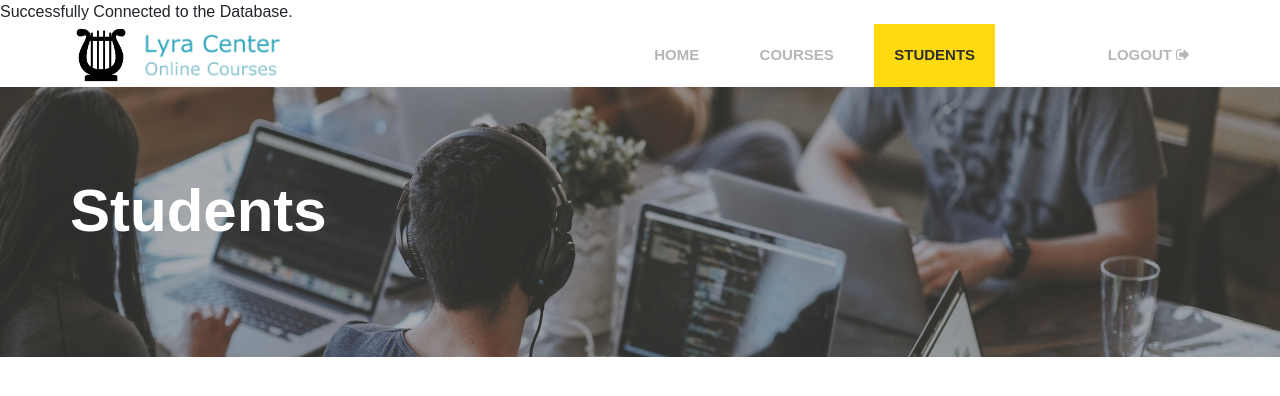
Repository: jersmaecrz/lyra-center
Page: http://localhost/aStudents.php
The author's editor kept a copy of each file at every save. The page is drawn from the files as they stood at one save, then again after the next save.
The browser window is 1280 px wide. The pictures show the whole page.
Some web fonts or font styles are not loaded; a fallback is used. The page is run by PHP 8.4 with error messages shown; the project is at /var/www/html/.

Above is the page before, as saved 2022-12-03 23:33:02.

After the next save:
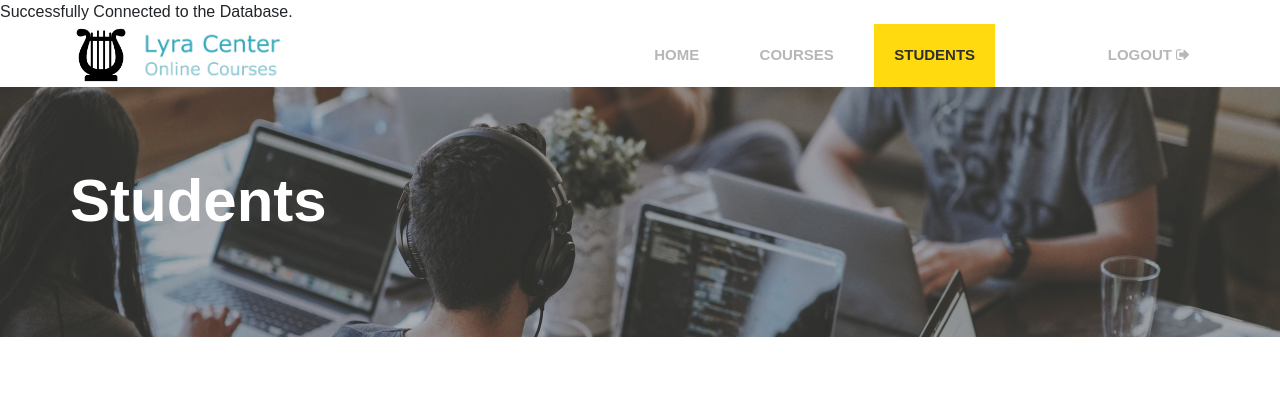
Saved 8 s later.
--- a/css/admin-home-style.css
+++ b/css/admin-home-style.css
@@ -49,7 +49,7 @@
 
 }
 .pg-breadcrumb {
-	height: 270px;
+	height: 250px;
 	display: -webkit-box;
 	display: -ms-flexbox;
 	display: flex;
